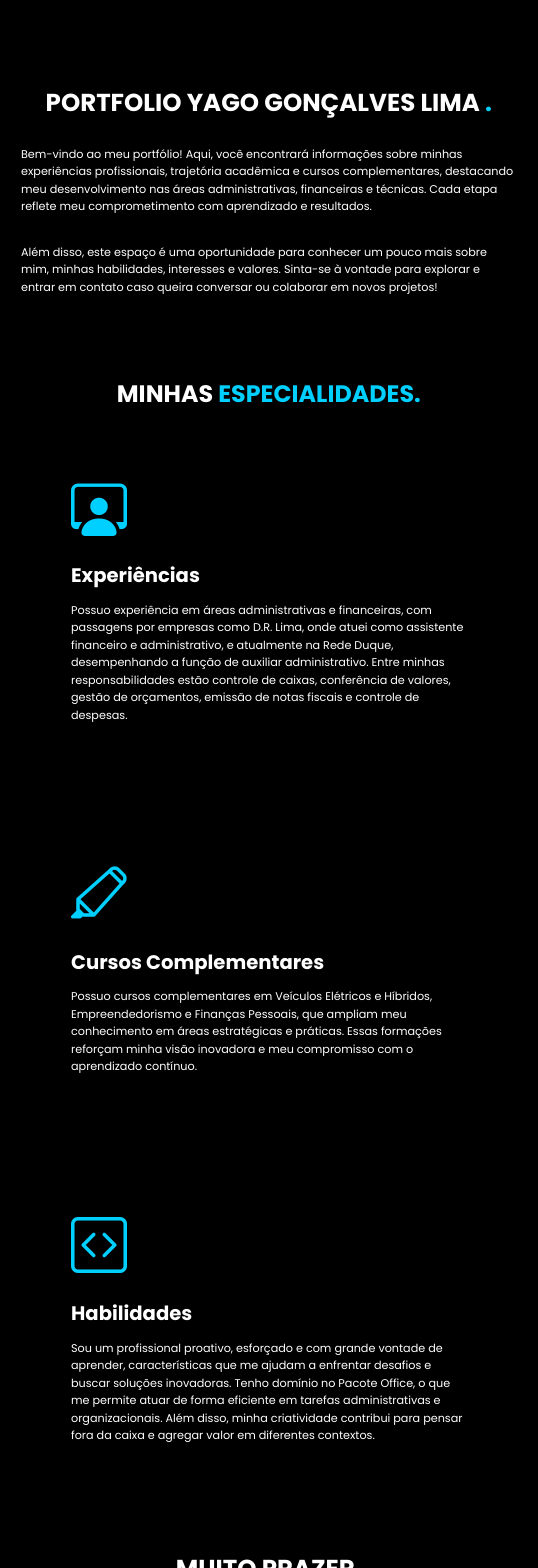
Repository: yagolima1511/Portfolio
Page: index.html
These files come from the project's save history. The page is drawn as it stood at one moment and after the next save; the edit follows.
The browser window is 768 px wide. The pictures show the part of the page from y = 0 to 2240 px (the page is 5812 px tall before and 6044 px after), at 70% of full size.

Above is the page before, as saved 2025-02-22 14:15:07.

After the next save:
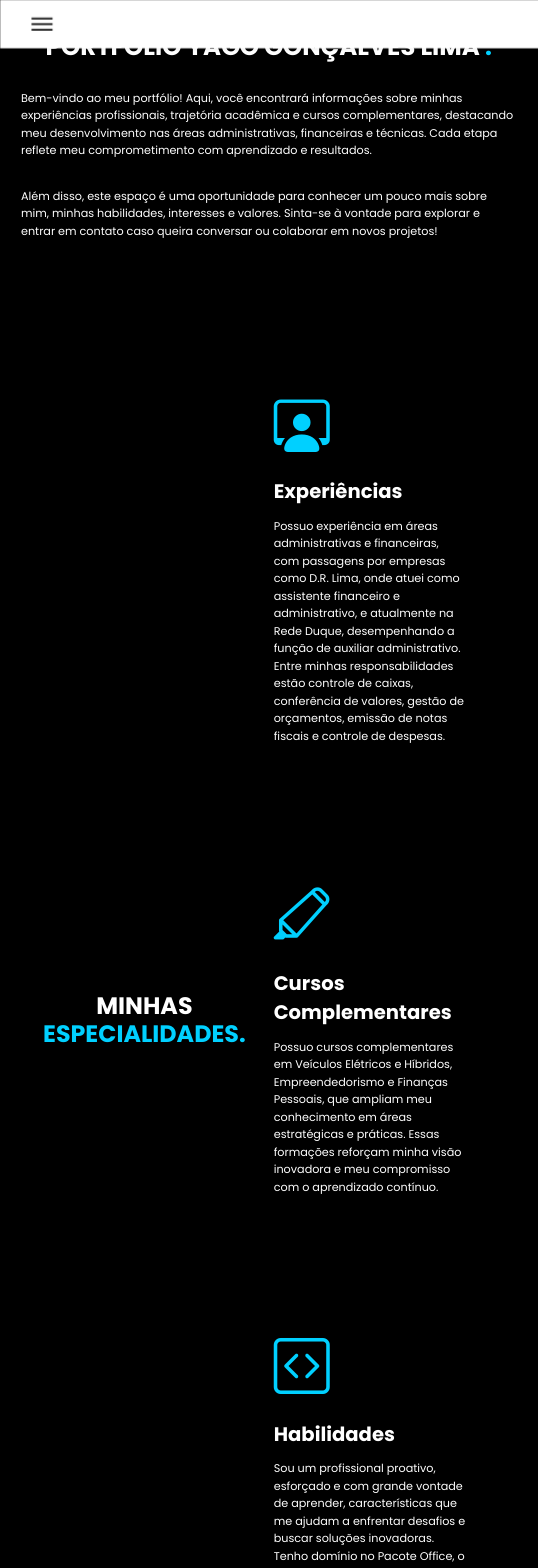
Saved 22 s later.
--- a/style.css
+++ b/style.css
@@ -197,6 +197,105 @@ section.sobre .flex{
      margin: 0 5px;
      transition: 2.s;
 }
+
+/* Estilo básico do header */
+header {
+    background-color: #fff;
+    padding: 20px 40px;
+    box-shadow: 0 2px 5px rgba(0, 0, 0, 0.1);
+    position: fixed;
+    width: 100%;
+    z-index: 1000;
+}
+
+.interface {
+    display: flex;
+    justify-content: space-between;
+    align-items: center;
+    max-width: 1200px;
+    margin: 0 auto;
+}
+
+/* Menu de navegação no desktop */
+.menu-desktop ul {
+    display: flex;
+    list-style: none;
+    gap: 30px;
+}
+
+.menu-desktop a {
+    text-decoration: none;
+    color: #333;
+    font-weight: bold;
+    transition: color 0.3s;
+}
+
+.menu-desktop a:hover {
+    color: #007BFF;
+}
+
+/* Botão de contato */
+.btn-contato button {
+    background-color: #007BFF;
+    color: #fff;
+    border: none;
+    padding: 10px 20px;
+    border-radius: 25px;
+    cursor: pointer;
+    transition: background 0.3s;
+}
+
+.btn-contato button:hover {
+    background-color: #0056b3;
+}
+
+/* Menu hamburguer para mobile */
+.menu-mobile {
+    display: none;
+    cursor: pointer;
+}
+
+.menu-mobile div {
+    width: 30px;
+    height: 3px;
+    background-color: #333;
+    margin: 5px;
+    transition: all 0.3s ease;
+}
+
+/* Responsividade */
+@media screen and (max-width: 768px) {
+    .menu-desktop {
+        display: none;
+    }
+
+    .menu-mobile {
+        display: block;
+    }
+
+    .btn-contato {
+        display: none;
+    }
+
+    /* Menu mobile ativado */
+    .menu-mobile.ativo + .menu-desktop {
+        display: flex;
+        position: absolute;
+        top: 70px;
+        right: 0;
+        background-color: #fff;
+        flex-direction: column;
+        width: 200px;
+        box-shadow: 0 2px 10px rgba(0, 0, 0, 0.2);
+        padding: 20px;
+    }
+
+    .menu-desktop ul {
+        flex-direction: column;
+        gap: 15px;
+    }
+}
+
 
 /* ESTILO DO PORTIFÓLIO */
 section.projetos{
